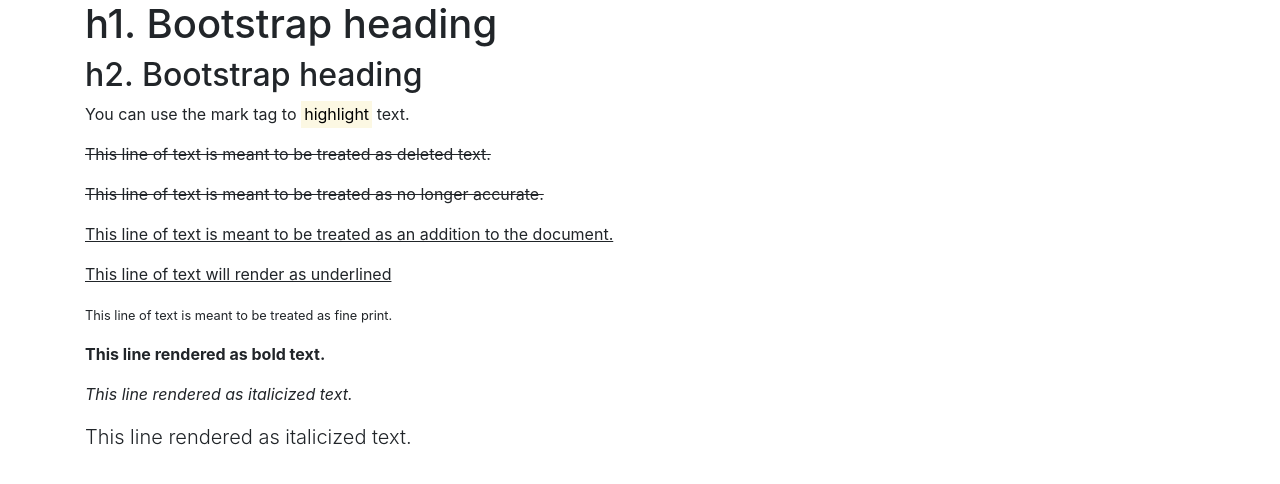
Repository: woodyalan/bootstrap-4
Page: conteudo.html
The author's editor kept a copy of each file at every save. The page is drawn from the files as they stood at one save, then again after the next save.
The browser window is 1280 px wide. The pictures show the whole page.

Above is the page before, as saved 2020-09-08 22:30:36.

After the next save:
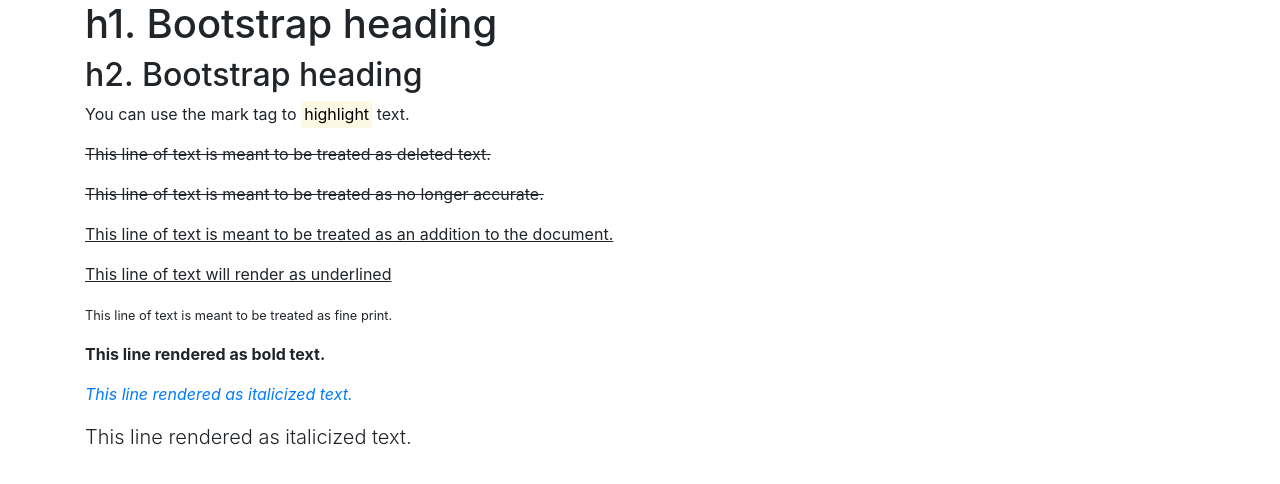
Saved 3 min 20 s later.
--- a/conteudo.html
+++ b/conteudo.html
@@ -21,7 +21,7 @@
       <p><u>This line of text will render as underlined</u></p>
       <p><small>This line of text is meant to be treated as fine print.</small></p>
       <p><strong>This line rendered as bold text.</strong></p>
-      <p><em>This line rendered as italicized text.</em></p>
+      <p class="text-primary"><em>This line rendered as italicized text.</em></p>
 
       <p class="lead">This line rendered as italicized text.</p>
     </div>
